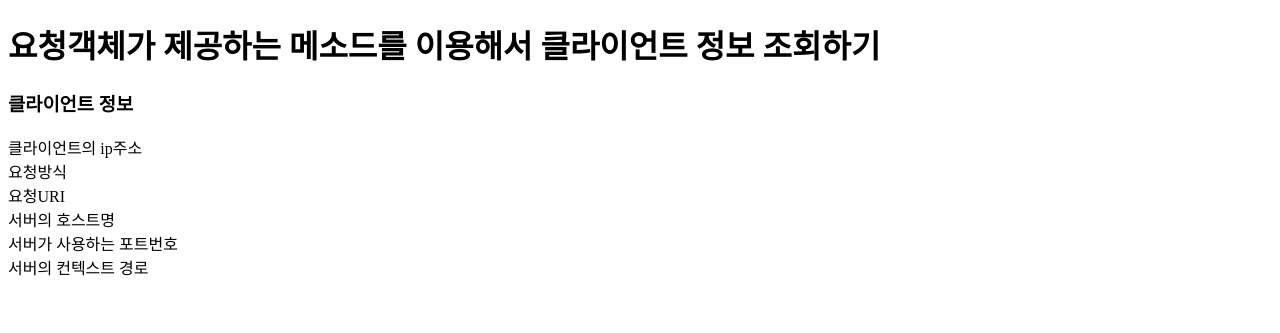
Repository: onuo77/ja_HTA
Page: http://localhost/sample/req/demo1.jsp
An editor plug-in stored every save of this project. The page is shown before and after the next save, followed by the edit.
The browser window is 1280 px wide. The pictures show the whole page.
The page is served by Tomcat 9. Other server files are loaded and not shown.

Above is the page before, as saved 2021-05-20 01:34:06.

### java-web/sample/src/main/webapp/req/demo1.jsp
<%@ page language="java" contentType="text/html; charset=UTF-8"
    pageEncoding="UTF-8"%>
<!DOCTYPE html>
<html>
<head>
<meta charset="UTF-8">
<title>요청객체를 사용해서 클라이언트의 정보 조회하기</title>
</head>
<body>
	<h1>요청객체가 제공하는 메소드를 이용해서 클라이언트 정보 조회하기</h1>

	<h3>클라이언트 정보</h3>
	<%
		//요청객체가 제공하는 메소드로 클라이언트 정보 조회하기

		//클라이언트의 ip주소 획득
		String ipAddress = request.getRemoteAddr();
	%>

	<dl>
		<dt>클라이언트의 ip주소</dt><dd></dd>
		<dt>요청방식</dt><dd></dd>
		<dt>요청URI</dt><dd></dd>
		<dt>서버의 호스트명</dt><dd></dd>
		<dt>서버가 사용하는 포트번호</dt><dd></dd>
		<dt>서버의 컨텍스트 경로</dt><dd></dd>
	</dl>
</body>
</html>

After the next save:
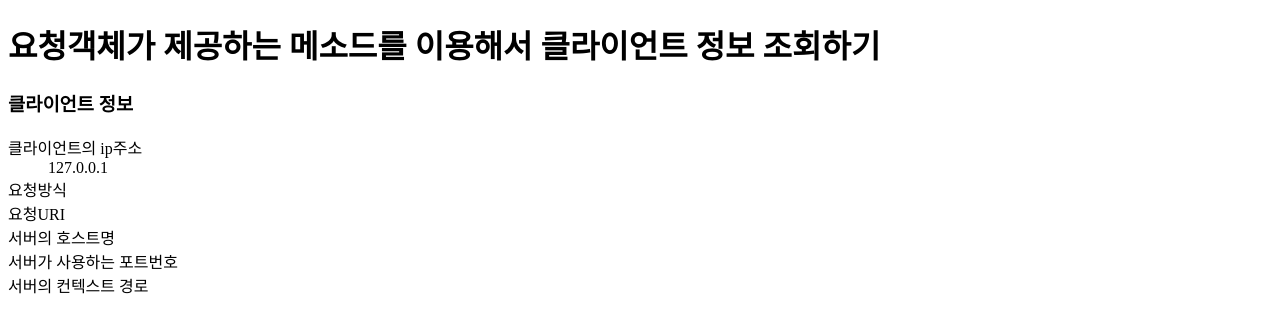
Saved 15 s later.
--- a/java-web/sample/src/main/webapp/req/demo1.jsp
+++ b/java-web/sample/src/main/webapp/req/demo1.jsp
@@ -18,7 +18,7 @@
 	%>
 
 	<dl>
-		<dt>클라이언트의 ip주소</dt><dd></dd>
+		<dt>클라이언트의 ip주소</dt><dd><%=ipAddress %></dd>
 		<dt>요청방식</dt><dd></dd>
 		<dt>요청URI</dt><dd></dd>
 		<dt>서버의 호스트명</dt><dd></dd>
